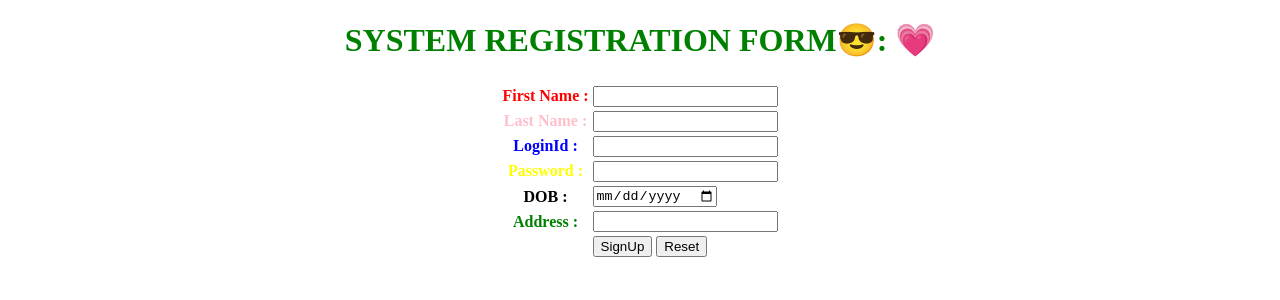
Repository: Jatdevta/AdvanceJava
Page: http://localhost/DynamicProject/UserRegistration.jsp
These files come from the project's save history. The page is drawn as it stood at one moment and after the next save; the edit follows.
The browser window is 1280 px wide. The pictures show the whole page.
The page is served by Tomcat 9. Other server files are loaded and not shown.

Above is the page before, as saved 2023-08-18 08:10:34.

### Advancejava/DynamicProject/WebContent/UserRegistration.jsp
<%@ page language="java" contentType="text/html; charset=ISO-8859-1"
	pageEncoding="ISO-8859-1"%>
<!DOCTYPE html>
<html>
<head>
<meta charset="ISO-8859-1">
<title>SYSTUMM....!!!!!!</title>
</head>
<body>
<center>
<body>
	<%
		String msg = (String) request.getAttribute("msg");
	%>
	<form action="UserCTL" method="post">
		<table>

			<tr>
				<%
					if (msg != null) {
				%>
				<%=msg%>
				<%
					}
				%>
			</tr>
			<tr>
			<h1>
			<font color="green">SYSTEM REGISTRATION FORM&#128526: &#128151
			</font>
			</h1>

				<th style=color:red;> First Name :</th>
				<td><input type="text" name="firstName"></td>
			</tr>
			<tr>
				<th style=color:pink;>Last Name :</th>
				<td><input type="text" name="lastName"></td>
			</tr>
			<tr>
				<th style = color:blue;>LoginId :</th>
				<td><input type="text" name="loginId"></td>
			</tr>
			<tr>
				<th style = color:yellow;>Password :</th>
				<td><input type="password" name="password"></td>
			</tr>
			<tr>
				<th style = color:voilet;>DOB :</th>
				<td><input type="date" name="dob"></td>
			</tr>
			<tr>
				<th style = color:green;>Address :</th>
				<td><input type="text" name="address"></td>
			</tr>
			<tr>
				<th></th>
				<td><input type="submit" name="operation" value="SignUp">
					<input type="submit" name="operation" value="Reset"></td>
			</tr>
		</table>
	</form>
</body>
</html>

After the next save:
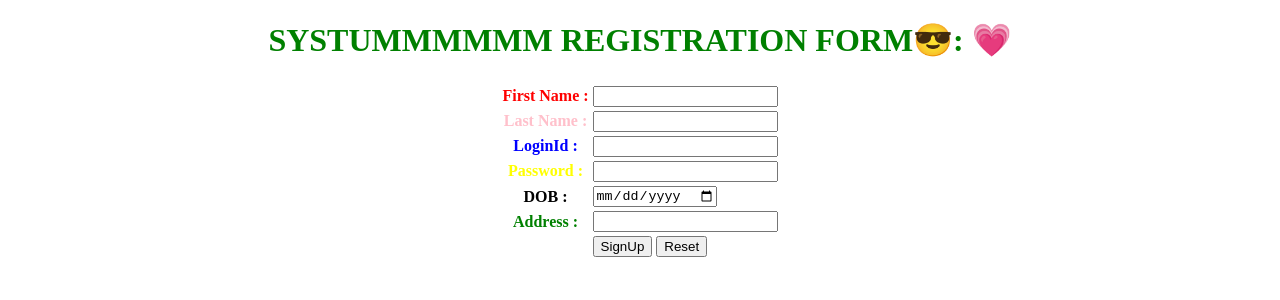
Saved 64 s later.
--- a/Advancejava/DynamicProject/WebContent/UserRegistration.jsp
+++ b/Advancejava/DynamicProject/WebContent/UserRegistration.jsp
@@ -26,7 +26,7 @@
 			</tr>
 			<tr>
 			<h1>
-			<font color="green">SYSTEM REGISTRATION FORM&#128526: &#128151
+			<font color="green">SYSTUMMMMMM REGISTRATION FORM&#128526: &#128151
 			</font>
 			</h1>
 
